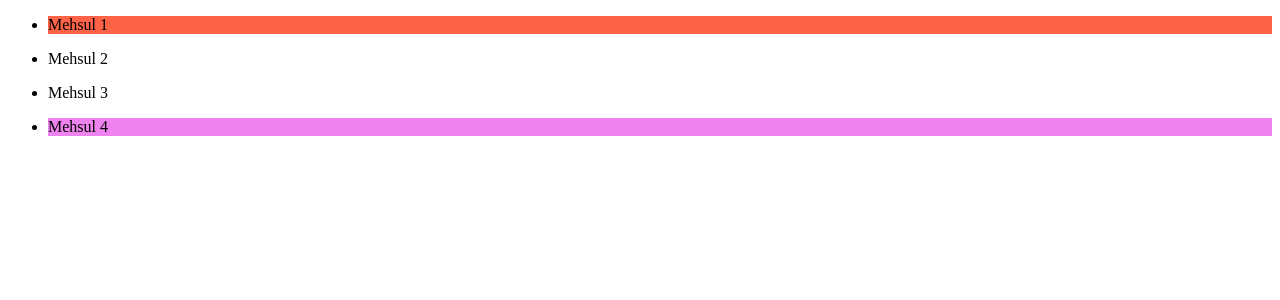
Repository: AytacSafarova/task-111
Page: index.html
The author's editor kept a copy of each file at every save. The page is drawn from the files as they stood at one save, then again after the next save.
The browser window is 1280 px wide. The pictures show the whole page.

Above is the page before, as saved 2023-09-16 18:16:03.

### index.html
<!DOCTYPE html>
<html lang="en">
  <head>
    <meta charset="UTF-8" />
    <meta name="viewport" content="width=device-width, initial-scale=1.0" />
    <title>Document</title>
    <link rel="stylesheet" href="index.css" />
  </head>
  <body>

<ul>
    <li >
        <p>Mehsul 1</p>
    </li>

    <li>
        <p>Mehsul 2</p>
    </li>

    <li>
        <p>Mehsul 3</p>
    </li>
    <li>
        <p>Mehsul 4</p>
    </li>
</ul>


  </body>
</html>

### index.css
@import url('https://fonts.googleapis.com/css2?family=Epilogue&display=swap');

li:first-child{
    background-color: tomato;
}
li:last-child{
    background-color: violet;
}
li:nth-child(4){
    background-color: ;
}

After the next save:
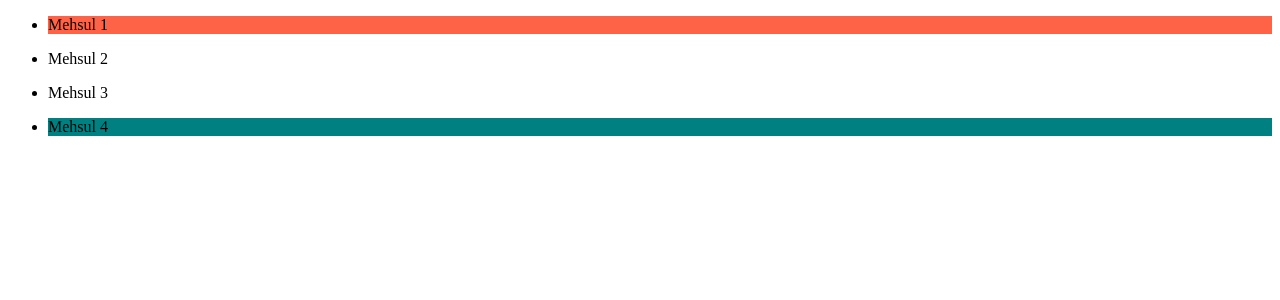
Saved 4 s later.
--- a/index.css
+++ b/index.css
@@ -7,5 +7,5 @@ li:last-child{
     background-color: violet;
 }
 li:nth-child(4){
-    background-color: ;
+    background-color: teal;
 }
